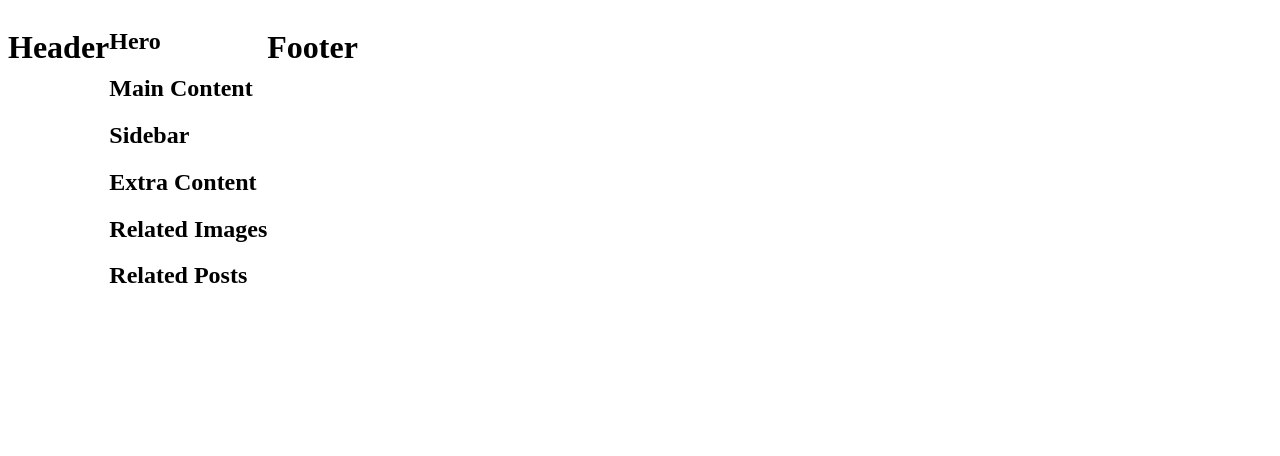
Repository: harshitanthal1/assignments_avisoft
Page: 01-02-2024/assignment_2/index.html
An editor plug-in stored every save of this project. The page is shown before and after the next save, followed by the edit.
The browser window is 1280 px wide. The pictures show the whole page.

Above is the page before, as saved 2024-02-01 17:38:02.

### 01-02-2024/assignment_2/index.html
<!DOCTYPE html>
<html lang="en">
<head>
    <meta charset="UTF-8">
    <meta name="viewport" content="width=device-width, initial-scale=1.0">
    <title>Assignment 2</title>
    <link rel="stylesheet" href="styles/styles.css" />
</head>
<body>
    <div id="main-sec">
       <div id="header"><h1>Header</h1></div>
       <div id="main">
           <div id="sec1"><h2>Hero</h2></div>
           <div id="sec2"><h2>Main Content</h2></div>
           <div id="sec3"><h2>Sidebar</h2></div>
           <div id="sec4"><h2>Extra Content</h2></div>
           <div id="sec5"><h2>Related Images</h2></div>
           <div id="sec6"><h2>Related Posts</h2></div>
       </div>
       <div id="footer"><h1>Footer</h1></div>
    </div>
</body>
</html>

### 01-02-2024/assignment_2/styles/styles.css
#main-sec {
    display: flex;
    width: 600px;
}

#header {

}

After the next save:
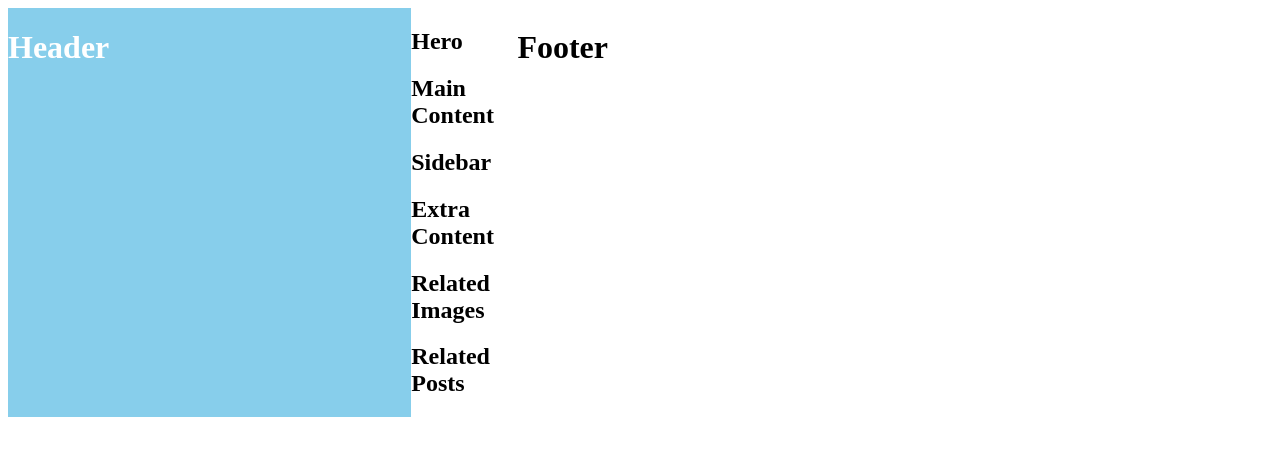
Saved 79 s later.
--- a/01-02-2024/assignment_2/styles/styles.css
+++ b/01-02-2024/assignment_2/styles/styles.css
@@ -4,5 +4,7 @@
 }
 
 #header {
-
+    background-color: skyblue;
+    color: white;
+    width: 100%;
 }
